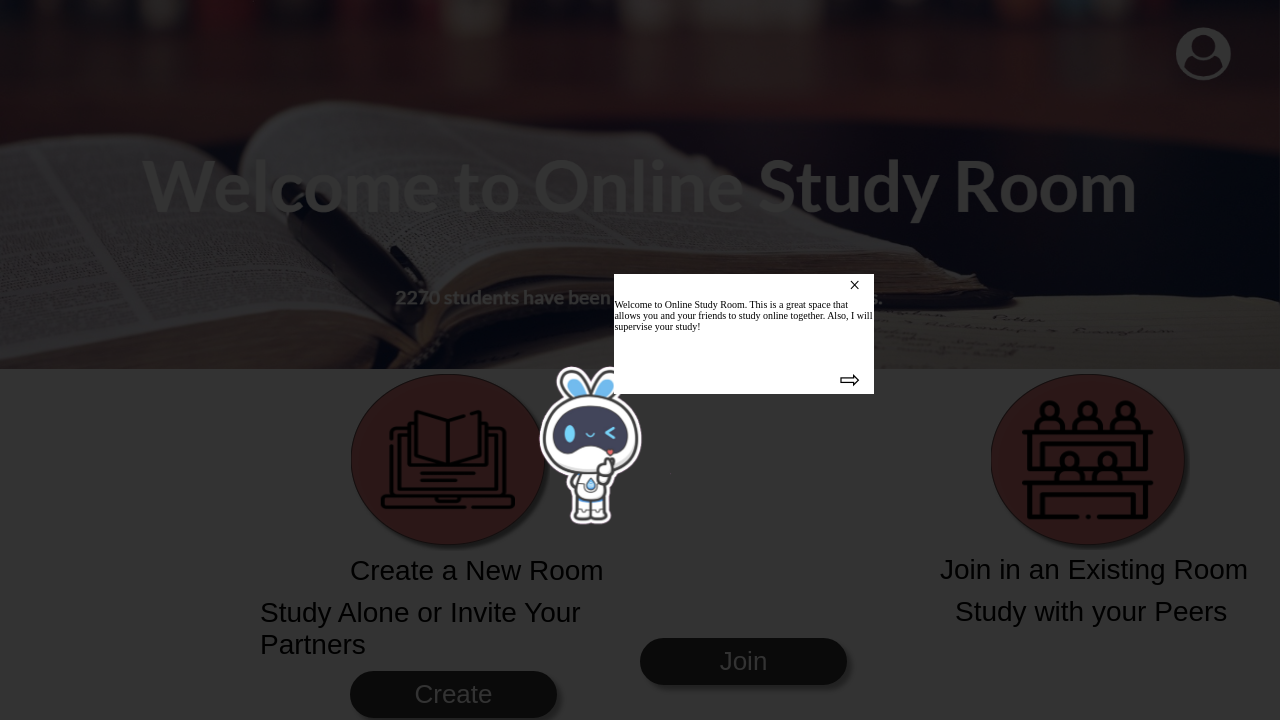
Repository: Team-Extrememe/Online-Study-Room
Page: home.html
An editor plug-in stored every save of this project. The page is shown before and after the next save, followed by the edit.
The browser window is 1280 px wide. The pictures show the whole page.

Above is the page before, as saved 2021-10-06 13:37:20.
Console error: TypeError: Cannot set properties of null (setting 'onclick')

### home.html
<!DOCTYPE html>
<html lang="en">
<head>
    <meta charset="UTF-8">
    <meta http-equiv="X-UA-Compatible" content="IE=edge">
    <meta name="viewport" content="width=device-width, initial-scale=1.0">
    <link rel="stylesheet" href="css/style.css">
    <script src="js/jquery-3.6.0.min.js" type="text/javascript"></script>
    <script type="text/javascript" src="js/javascript.js"></script>
    <title>Homepage</title>
</head>
<body>
    <img class="home" src="images/home.png" alt="home_header">
    <a href="login.html" class="account"></a>
    <img class="rabbit" src="images/rabbit1.png" alt="guide_rabbit">
    <div id="light3" class="guide_div">
        <div class="guide_text">
            <div class="close_guide_button">&times;</div>
            <div class="text1">
                Welcome to Online Study Room.  This is a great space that allows you and your friends to study online together.  Also, I will supervise your study!
            </div>
            <div class="next">&#8680;</div>
        </div>
    </div>
    <img class="rabbit2" src="images/rabbit2.png" alt="guide_rabbit2">
    <div id="light4" class="guide_div2">
        <div class="guide_text2">
            <div class="close_guide_button2">&times;</div>
            <span>You can create your own study room here!</span>
            <div class="back">&#8678;</div>
            <div class="next2">&#8680;</div>
        </div>
    </div>
    <img class="rabbit3" src="images/rabbit3.png" alt="guide_rabbit3">
    <div id="light5" class="guide_div3">
        <div class="guide_text3">
            <div class="close_guide_button3">&times;</div>
            <span>Or you can join other's study room.</span>
            <div class="back2">&#8678;</div>
            <div class="next3">&#8680;</div>
        </div>
    </div>
    <img class="rabbit4" src="images/rabbit3.png" alt="guide_rabbit4">
    <div id="light6" class="guide_div4">
        <div class="guide_text4">
            <div class="close_guide_button4">&times;</div>
            <span>You can create an account and log in here.</span>
            <div class="back3">&#8678;</div>
            <div class="next4">&#8680;</div>
        </div>
    </div>
    <img class="rabbit5" src="images/rabbit4.png" alt="guide_rabbit5">
    <div id="light7" class="guide_div5">
        <div class="guide_text5">
            <span>So now, start your learning~ I will always be with you.</span>
            <div class="repeat">Repeat</div>
            <div class="end">Ok</div>
        </div>
    </div>

    <div class="room_container">
        <div class="create_room">
            <img src="images/create.png" alt="create_room">
            <div class="create_text">
                <span class="span1">Create a New Room</span>
                <span class="span2">Study Alone or Invite Your Partners</span>
                <button class="create">Create</button>
            </div>
        </div>
        <div class="join_room">
            <img src="images/join.png" alt="join_room">
            <div class="join_text">
                <span class="span3">Join in an Existing Room</span>
                <span class="span4">Study with your Peers</span>
                <button class="join">Join</button>
            </div>
        </div>
    </div>

    <div id="light" class="popup">
        <div class="close_button">&times;</div>
        <div class="room_type">
            <label>Private
                <input type="checkbox">
            </label>
            <label>Public
                <input type="checkbox">
            </label>
        </div>
        <div class="room_info">
            <label>Number of people:</label>
            <input type="text">
            <span>(Maxium is 6)</span>
            <br>
            <label>Time Setting:</label>
            <input id="time" type="time" step='1' min="00:00:00" max="24:00:00">
        </div>
        <div class="device">

        </div>
        <button class="confirm_create" onclick="location.href='main.html'">Create</button>
    </div>
    <div id="light2" class="popup2">
        <div class="close_button2">&times;</div>
        <img src="images/join2.png" alt="join_other_rooms">
        <div class="room_type">
            <label>Private
                <input type="checkbox">
            </label>
            <label>Public
                <input type="checkbox">
            </label>
        </div>
        <button class="confirm_join">Join</button>
    </div>
    <div id="fade" class="black_overlay"></div>
    <div id="fade1" class="black"></div>
</body>
</html>

### css/style.css

.login{
    background: linear-gradient(144.9063727226063deg , rgba(250, 205, 145, 1) 28.000000000000004%, rgba(250, 248, 145, 1) 92%);
    margin: 0;
    padding: 0;
    height: 100vh;
    overflow: hidden;
}

body{
    margin: 0;
    padding: 0;
    height: 100vh;
    overflow: hidden;
}

div{
    display: block;
}

.login_container{
    position: absolute;
    top: 50%;
    left: 50%;
    transform: translate(-50%, -50%);
    width: 860px;
    background: white;
    height: 900px;
}

.login_container h1{
    text-align: center;
    padding: 0 0 20px 0;
    padding-top: 50px;
}

.login_container h3{
    text-align: center;
    padding-bottom: 50px;
}

.login_container form{
    padding: 0 100px;
    box-sizing: border-box;
}

form .txt_field{
    position: relative;
    margin: 30px 0;
}

.txt_field input{
    width: 60%;
    padding: 5px 5px;
    height: 40px;
    font-size: 16px;
    position: relative;
    left: 140px;
    top: 10px;
    margin-bottom: 30px;
    background-color: #f9f9f9;
    border-style: solid;
    border-color:  #d3d3d3;
    border-radius: 4px;
    border-width: 2px;
    text-indent: 0px;
    text-shadow: none;
    box-shadow: none;
}

.txt_field label{
    position: absolute;
    left: 140px;
    color: #8c8c8c;
    transform: translateY(-100%);
    font-size: 16px;

}

.remember{
    position: relative;
    left: 160px;
    color: #8c8c8c;
}

.check{
    position: relative;
    left: -140px;
}
.forgot{
    position: absolute;
    bottom: 392px;
    left: 480px;
}

.forgot a{
    text-decoration: none;
    color: rgb(43, 158, 217);
}

input[type="submit"]{
    border-width: 0px;
    position: absolute;
    left: 285px;
    top: 700px;
    width: 320px;
    height: 50px;
    background: inherit;
    background-color: rgba(30, 152, 215, 1);
    border: none;
    border-radius: 73px;
    box-shadow: none;
    font-weight: 400;
    font-style: normal;
    font-size: 25px;
    color: white;
    cursor: pointer;
}

input[type="submit"]:hover{
    background-color: rgba(30, 132, 207, 1);
}

.signup_link{
    position: absolute;
    bottom: 100px;
    left: 320px;
    color: #8c8c8c;
}

.signup_link a{
    text-decoration: none;
    color: rgb(43, 158, 217);
}

/* homepage*/

.home{
    width: 100%;
}

.account{
    display: inline-block;
    width: 88px;
    height: 81px;
    position: absolute;
    right: 69px;
    top: 41px;
    border-radius: 50%;
}

.room_container{
    width: 100%;
}

.create_room{
    width: 50%;
    float: left;
    /* margin-left: 350px; */
}

.create_room img{
    /* position: absolute;
    left: 450px; */
    padding-left: 350px;
}

.create_text{
    /* position: absolute;
    left: 420px;
    bottom: 100px; */
    font-family: 'Arial Negreta', 'Arial Normal', 'Arial', sans-serif;
    /* padding-left: 340px; */
}

.create_text span{
    word-break: normal;
    width: auto;
    display: block;
    white-space: pre-wrap;
    word-wrap: break-word;
    overflow: hidden;
    padding-bottom: 10px;
    font-size: 28px;
}

.create_text span:nth-of-type(2){
    /* position: relative;
    left: -90px; */
    /* padding-left: -50px;
    text-align:left; */
}

.span1{
    padding-left: 350px;
}

.span2{
    padding-left: 260px;
}

.create{
    margin-left: 350px;
}

.create_text button{
    /* position: relative;
    left: 30px; */
    width: 207px;
    height: 47px;
    background: inherit;
    background-color: rgba(51, 51, 51, 1);
    box-sizing: border-box;
    border-width: 3px;
    border-style: solid;
    border-color: rgba(51, 51, 51, 1);
    border-radius: 71px;
    box-shadow: 5px 5px 5px rgb(0 0 0 / 35%);
    font-size: 26px;
    color: rgba(255, 255, 255, 0.996078431372549);
    cursor: pointer;
}

.join_room{
    width: 50%;
    float: right;
}

.join_room img{
    /* position: absolute;
    right: 450px; */
    padding-left: 350px;
}

.join_text{
    /* position: absolute;
    right: 420px;
    bottom: 100px; */
    font-family: 'Arial Negreta', 'Arial Normal', 'Arial', sans-serif;
}

.join_text span{
    word-break: normal;
    width: auto;
    display: block;
    white-space: pre-wrap;
    word-wrap: break-word;
    overflow: hidden;
    padding-bottom: 10px;
    font-size: 28px;
    /* position: relative;
    right: -40px; */
}

.span3{
    padding-left: 300px;
}

.span4{
    padding-left: 315px;
}

.join_text span:nth-of-type(2){
    /* position: relative;
    right: -60px; */
}

.join_text button{
    /* position: relative;
    right: -85px; */
    width: 207px;
    height: 47px;
    background: inherit;
    background-color: rgba(51, 51, 51, 1);
    box-sizing: border-box;
    border-width: 3px;
    border-style: solid;
    border-color: rgba(51, 51, 51, 1);
    border-radius: 71px;
    box-shadow: 5px 5px 5px rgb(0 0 0 / 35%);
    font-size: 26px;
    color: rgba(255, 255, 255, 0.996078431372549);
    cursor: pointer;
}

/* pop-up*/

.room_info input{
    border: 0;
    outline: 0;
    background: transparent;
    border-bottom: 1px solid black;
}

.popup{
    display: none;
    position: absolute;
    top: 35%;
    left: 37%;
    width: 500px;
    height: 240px;
    border: 10x solid black;
    background-color: white;
    z-index:1002;
    overflow: auto;
}

.popup2{
    display: none;
    position: absolute;
    top: 35%;
    left: 37%;
    width: 500px;
    height: 240px;
    border: 10x solid black;
    background-color: white;
    z-index:1002;
    overflow: auto;
}

.popup2 img{
    position: relative;
    left: 45%;
    top: 10px;
}

.popup2 .room_type{
    position: absolute;
    top: 38%;
}

.black_overlay{
    display: none;
    position: absolute;
    top: 0%;
    left: 0%;
    width: 100%;
    height: 100%;
    background-color: black;
    z-index:1001;
    opacity:.80;
    filter: alpha(opacity=88);
}

.close_button{
    position: absolute;
    right: 20px;
    top: 0px;
    font-size: 35px;
    cursor: pointer;
}

.close_button2{
    position: absolute;
    right: 20px;
    top: 0px;
    font-size: 35px;
    cursor: pointer;
}

.room_type{
    position: absolute;
    left: 28%;
    top: 10%;
    font-size: 20px;
}

.room_type label{
    padding-right: 40px;
}

.room_info{
    position: absolute;
    top: 20%;
    left: 20%;
    margin-top: 25px;
}

.room_info input{
    width: 70px;
}

.room_info label{
    display: inline-block;
    margin-bottom: 25px;
}

.confirm_create{
    position: absolute;
    bottom: 10px;
    left: 35%;
    width: 170px;
    height: 40px;
    background: inherit;
    background-color: rgba(51, 51, 51, 1);
    box-sizing: border-box;
    border-width: 3px;
    border-style: solid;
    border-color: rgba(51, 51, 51, 1);
    border-radius: 71px;
    box-shadow: 3px 2px 3px rgb(0 0 0 / 35%);
    font-size: 16px;
    color: rgba(255, 255, 255, 0.996078431372549);
    cursor: pointer;
}

.confirm_join{
    position: absolute;
    bottom: 25px;
    left: 35%;
    width: 170px;
    height: 40px;
    background: inherit;
    background-color: rgba(51, 51, 51, 1);
    box-sizing: border-box;
    border-width: 3px;
    border-style: solid;
    border-color: rgba(51, 51, 51, 1);
    border-radius: 71px;
    box-shadow: 3px 2px 3px rgb(0 0 0 / 35%);
    font-size: 16px;
    color: rgba(255, 255, 255, 0.996078431372549);
    cursor: pointer;
}

/* rabbit guide*/

.rabbit{
    width: 160px;
    height: 180px;
    float: left;
    position: absolute;
    left: 40%;
    top: 50%;
    display: block;
    position: absolute;
    background-color: transparent;
    z-index:1002;
    overflow: auto;
}

.rabbit2{
    width: 400px;
    /* height: 180px; */
    float: left;
    position: absolute;
    left: 31%;
    top: 56%;
    display: none;
    position: absolute;
    background-color: transparent;
    z-index:1002;
    overflow: auto;
}

.rabbit3{
    width: 400px;
    /* height: 180px; */
    float: left;
    position: absolute;
    left: 53%;
    top: 56%;
    display: none;
    position: absolute;
    background-color: transparent;
    z-index:1002;
    overflow: auto;
}

.rabbit4{
    width: 400px;
    /* height: 180px; */
    float: left;
    position: absolute;
    right: 5%;
    top: 12%;
    display: none;
    position: absolute;
    background-color: transparent;
    z-index:1002;
    overflow: auto;
}

.rabbit5{
    width: 200px;
    height: 200px;
    float: left;
    position: absolute;
    left: 35%;
    top: 56%;
    display: none;
    position: absolute;
    background-color: transparent;
    z-index:1002;
    overflow: auto;
}

.black{
    display: none;
    position: absolute;
    top: 0%;
    left: 0%;
    width: 100%;
    height: 100%;
    background-color: black;
    z-index:1001;
    opacity:.80;
    filter: alpha(opacity=88);
}

.guide_div {
    display: block;
    position: absolute;
    top: 38%;
    left: 48%;
    width: 260px;
    height: 120px;
    border: 10x solid black;
    background-color: white;
    z-index:1002;
    overflow: auto;
}

.guide_div2{
    display: none;
    position: absolute;
    bottom: 30%;
    left: 27%;
    width: 215px;
    height: 70px;
    border: 10x solid black;
    background-color: white;
    z-index:1002;
    overflow: none;
}

.guide_div3{
    display: none;
    position: absolute;
    bottom: 31%;
    right: 22%;
    width: 215px;
    height: 70px;
    border: 10x solid black;
    background-color: white;
    z-index:1002;
    overflow: none;
}

.guide_div4{
    display: none;
    position: absolute;
    top: 14%;
    right: 1%;
    width: 215px;
    height: 70px;
    border: 10x solid black;
    background-color: white;
    z-index:1002;
    overflow: none;
}

.guide_div5{
    display: none;
    position: absolute;
    bottom: 37%;
    left: 44%;
    width: 215px;
    height: 70px;
    border: 10x solid black;
    background-color: white;
    z-index:1002;
    overflow: none;
}

/* .text1::before{
    background-color: #F2F2F2;
    bottom: -5px;
    box-shadow: -2px 2px 2px 0 rgba(178, 178, 178, 0.4);
    content: " ";
    display: block;
    height: 13px;
    left: 5px;
    position: absolute;
    transform: rotate(-35deg) skew(-35deg);
    width: 15px;
} */

#fade1{
    display: block;
}

.light3{
    display: block;
}

.light4{
    display: block;
}

.light5{
    display: block;
}

.light6{
    display: block;
}

.light7{
    display: block;
}

.text1{
    font-size: 10px;
    position: absolute;
    top: 25px;
    /* background-color: #F2F2F2;
    border-radius: 5px;
    box-shadow: 0 0 6px #B2B2B2;
    display: inline-block;
    padding: 10px 18px;
    position: relative;
    vertical-align: top;
    float: left;
    margin: 5px 45px 5px 20px;     */
}

.guide_text2 span{
    font-size: 14px;
    position: absolute;
    top: 20px;
}

.guide_text3 span{
    font-size: 14px;
    position: absolute;
    top: 20px;
}

.guide_text4 span{
    font-size: 14px;
    position: absolute;
    top: 20px;
}

.guide_text5 span{
    font-size: 14px;
    position: absolute;
}

.close_guide_button{
    position: absolute;
    right: 14px;
    top: 0px;
    font-size: 20px;
    cursor: pointer;
}

.close_guide_button2{
    position: absolute;
    left: 184px;
    top: -2px;
    font-size: 20px;
    cursor: pointer;
}

.close_guide_button3{
    position: absolute;
    left: 184px;
    top: -2px;
    font-size: 20px;
    cursor: pointer;
}

.close_guide_button4{
    position: absolute;
    left: 184px;
    top: -2px;
    font-size: 20px;
    cursor: pointer;
}

.next{
    position: absolute;
    right: 14px;
    bottom: 0;
    font-size: 25px;
    cursor: pointer;
}

.next2{
    position: absolute;
    right: 14px;
    bottom: 0;
    font-size: 25px;
    cursor: pointer;
}

.next3{
    position: absolute;
    right: 14px;
    bottom: 0;
    font-size: 25px;
    cursor: pointer;
}

.next4{
    position: absolute;
    right: 14px;
    bottom: 0;
    font-size: 25px;
    cursor: pointer;
}

.back{
    position: absolute;
    right: 35px;
    bottom: 0;
    font-size: 25px;
    cursor: pointer;
}

.back2{
    position: absolute;
    right: 35px;
    bottom: 0;
    font-size: 25px;
    cursor: pointer;
}

.back3{
    position: absolute;
    right: 35px;
    bottom: 0;
    font-size: 25px;
    cursor: pointer;
}

.repeat, .end{
    font-size: 10px;
}

.repeat{
    position: absolute;
    right: 52px;
    bottom: 4px;
    cursor: pointer;
}

.end{
    position: absolute;
    right: 14px;
    bottom: 4px;
    cursor: pointer;
}

/* main page*/

Loaded but not shown: js/jquery-3.6.0.min.js (library); js/javascript.js (308 lines, source omitted)

After the next save:
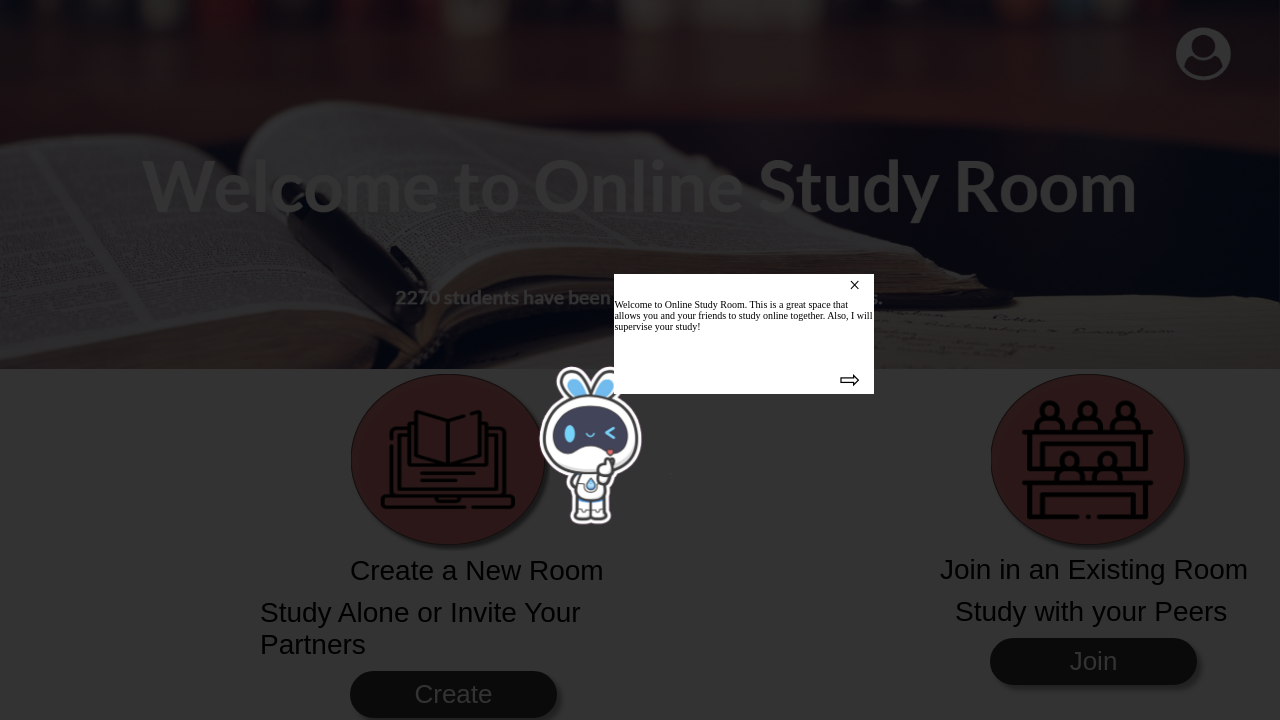
Saved 16 s later.
--- a/css/style.css
+++ b/css/style.css
@@ -268,6 +268,7 @@ input[type="submit"]:hover{
 .join_text button{
     /* position: relative;
     right: -85px; */
+    margin-left: 350px;
     width: 207px;
     height: 47px;
     background: inherit;
